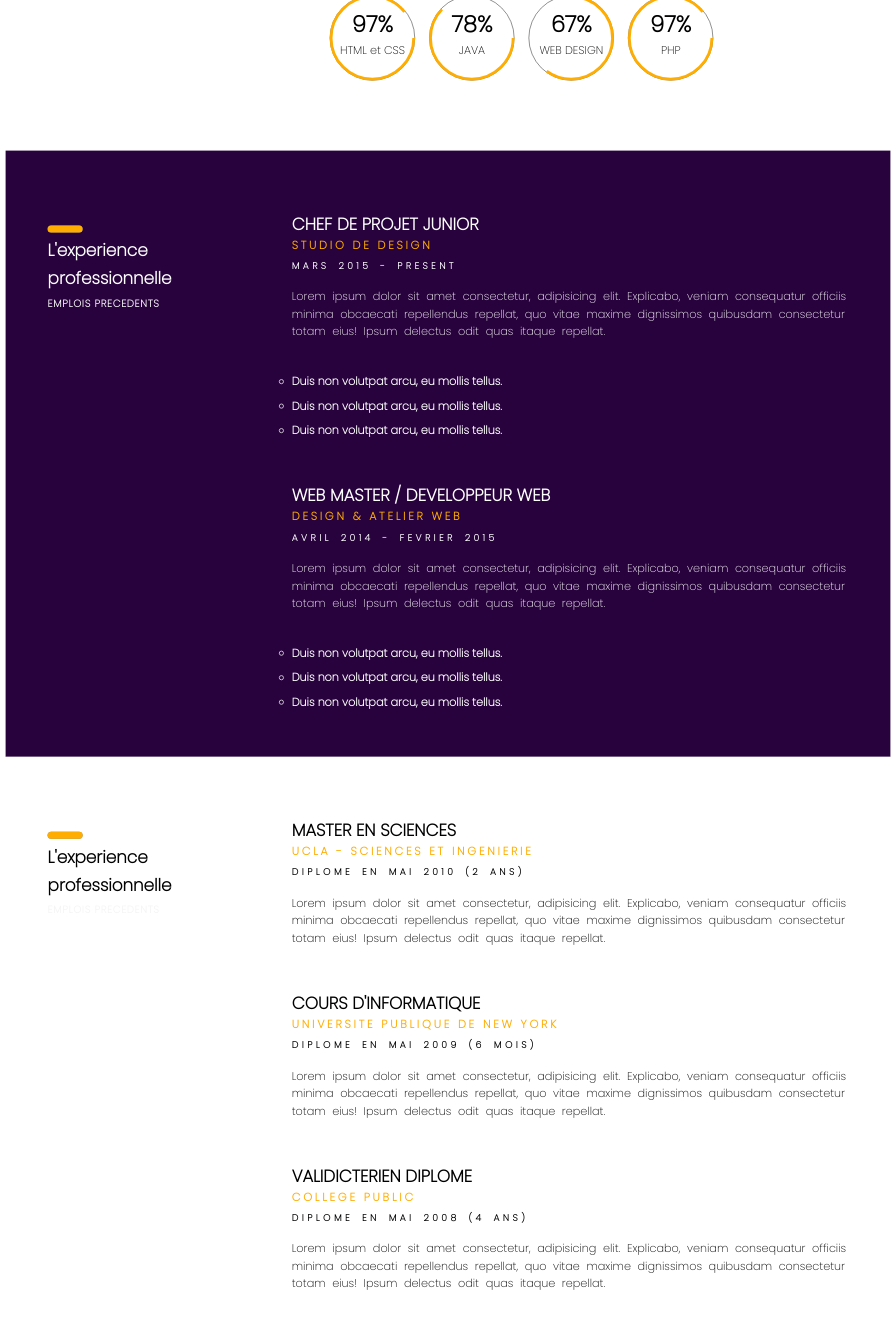
Repository: wadelfadill/CV_PORTFOLIO
Page: index.html
The author's editor kept a copy of each file at every save. The page is drawn from the files as they stood at one save, then again after the next save.
The browser window is 1280 px wide. The pictures show the part of the page from y = 3113 to 5033 px (the page is 5033 px tall), at 70% of full size.
Some icons come from a web library that is not loaded, so they are not drawn. Backgrounds fixed to the window are drawn as part of the page.

Above is the page before, as saved 2023-03-16 12:43:07.

After the next save:
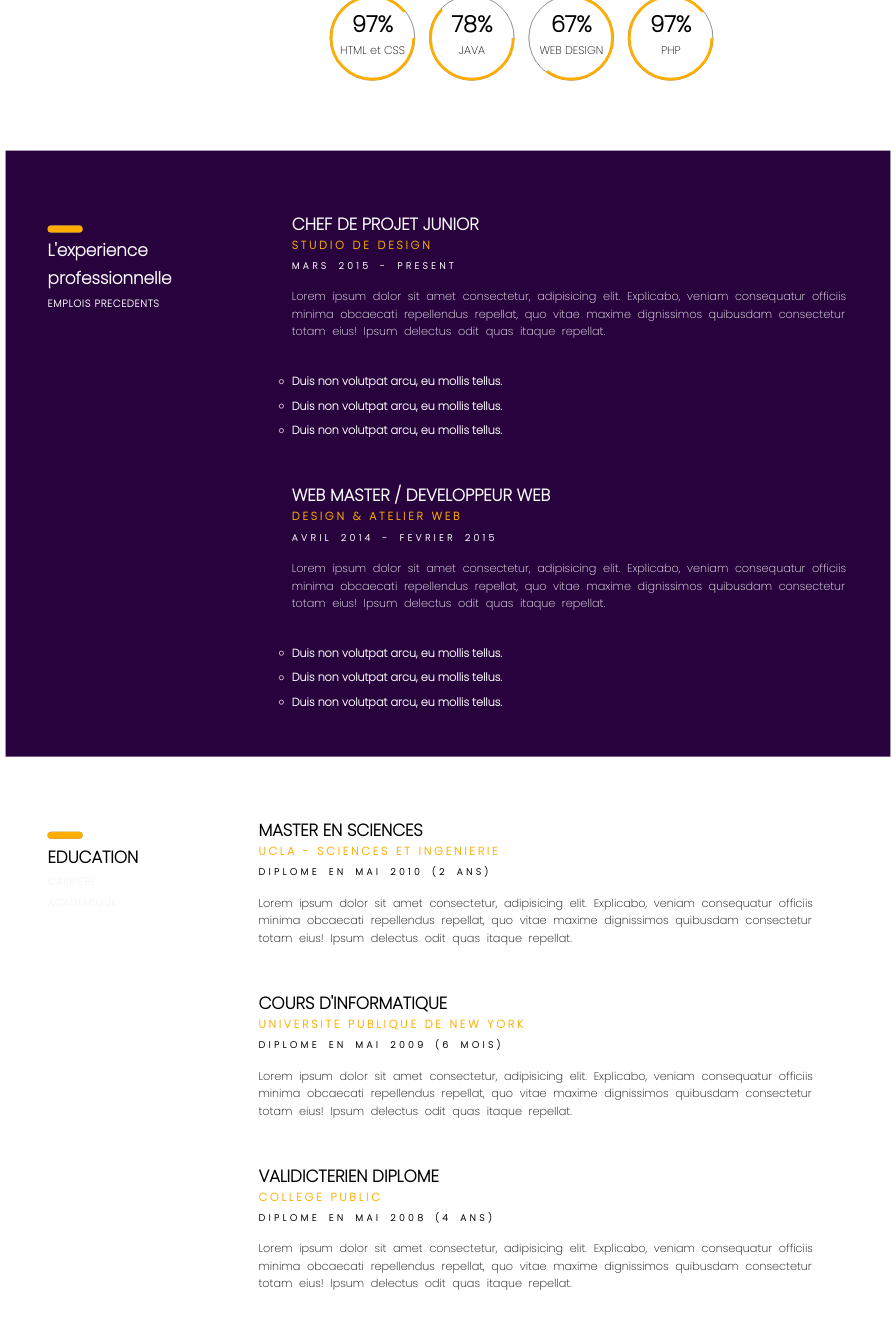
Saved 92 s later.
--- a/index.html
+++ b/index.html
@@ -220,8 +220,8 @@
             <div class="head-education">
                 <div class="title-education">
                     <progress value="100" max="100" class="progress"></progress>
-                    <h2>L'experience <br> professionnelle</h2>
-                    <h5>EMPLOIS PRECEDENTS</h5>
+                    <h2>EDUCATION</h2>
+                    <h5>CARRIERE ACADEMIQUE</h5>
                 </div>
                 <div class="education-content">
                     <div class="edu-1">
